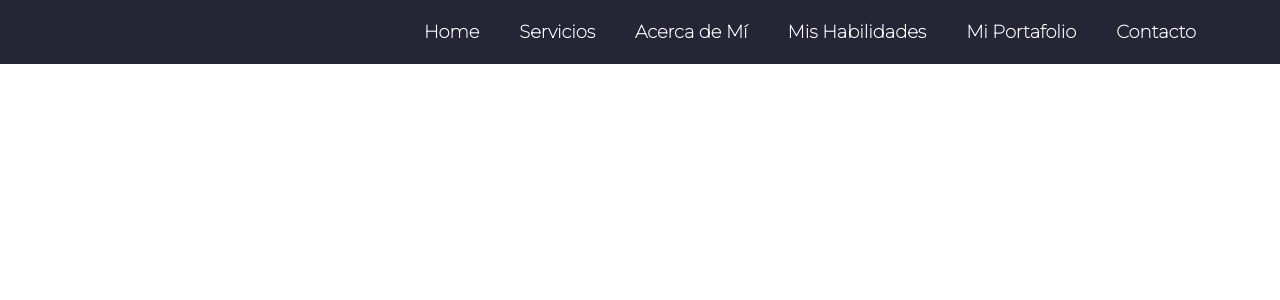
Repository: RobertAries28/PortafolioRobertEscalanteGomez2022
Page: index.html
The author's editor kept a copy of each file at every save. The page is drawn from the files as they stood at one save, then again after the next save.
The browser window is 1280 px wide. The pictures show the whole page.

Above is the page before, as saved 2022-02-12 01:01:38.

### index.html
<!DOCTYPE html>
<html lang="en">
<head>
    <meta charset="UTF-8">
    <meta http-equiv="X-UA-Compatible" content="IE=edge">
    <meta name="viewport" content="width=device-width, initial-scale=1.0">
    <link rel="preconnect" href="https://fonts.googleapis.com">
<link rel="preconnect" href="https://fonts.gstatic.com" crossorigin>
<link href="https://fonts.googleapis.com/css2?family=Montserrat:wght@100&display=swap" rel="stylesheet">
    <link rel="stylesheet" href="estilos.css">
    <title>Document</title>
</head>
<body>
    <header class="main-header">
        <div class="l-container">

        <div class="main-menu-toggle" id="main-menu-toggle"></div>
             <nav class="main-nav" id="main-nav">
                 <ul class="main-menu">
                       <li class="main-menu__item">
                           <a class="main-menu__link" href="#">
                              Home
                           </a>
                       </li>

                       <li class="main-menu__item">
                         <a class="main-menu__link" href="#">
                           Servicios
                         </a>
                       </li>

                       <li class="main-menu__item">
                        <a class="main-menu__link" href="#">
                          Acerca de Mí
                        </a>
                       </li>


                     <li class="main-menu__item">
                         <a class="main-menu__link" href="#">
                           Mis Habilidades
                         </a>
                     </li>

                     <li class="main-menu__item">
                        <a class="main-menu__link" href="#">
                         Mi Portafolio
                        </a>
                    </li>

                    <li class="main-menu__item">
                        <a class="main-menu__link" href="#">
                         Contacto
                        </a>
                    </li>


                 </ul>
             </nav>
        </div>
     </header>
    <script src="javascript.js"></script>
</body>
</html>

### estilos.css
body{
    margin: 0;
}

.main-header{
    height: 4rem;
    background: #242635;


}
.l-container{
    max-width: 1200px;
    padding-left: 1rem;
    padding-right: 1rem;
    display: flex;
    justify-content: space-between;
    align-items: center;

    height: 100%;
    color: white;

}
.main-menu{
    margin-top: 0;
    margin-bottom: 0;
    padding-left: 0;
    list-style: none;
    display: flex;
}

.main-menu li{
    padding: 0 20px;
}

a{
  text-decoration: none;
  color: white;
  font-family: 'Montserrat', sans-serif;
  font-size: 18px;
  font-weight: bold;
}



@media screen and ( max-width: 768px){



.main-menu__item{
    padding: .5rem 0 .5rem 1rem
}

.main-menu__link{
    color: white;
    margin-left: 1rem;
}



.main-nav{
    position: fixed;
    height: calc(100vh - 4rem);
    width: 80wh;
    background: black;
    top: 4rem;
    left: -80vw;




}

.main-menu{
    flex-direction: column;
}

.main-menu li{
    padding: 10px 0;
}



.show{
left: 0px;
transition-duration: 1s;
transition-timing-function:ease-in-out

}

 :not(.show){
     transition-duration: 1s;
  transition-timing-function: ease-in
 }


.main-menu-toggle{
    width: 2.4rem;
    margin-left: calc(1200px - 38.4px);
    height: 1.6rem;
    background: linear-gradient(black 20%, transparent 20%, transparent 40%, black 40%, black 60%, transparent 60%, transparent 80%, black 80%);
    cursor: pointer;

}
}

### javascript.js
 const showMenu = (toggleId, navId) =>{
               const toggle = document.getElementById(toggleId),
               nav = document.getElementById(navId)

               if(toggle && nav){
                   toggle.addEventListener('mouseover' , ()=>{
                       nav.classList.toggle('show')
                   })



               }

               if(toggle && nav){
                   toggle.addEventListener('mouseout' , ()=>{
                       nav.classList.toggle('show')
                   })



               }



           }
           showMenu('main-menu-toggle','main-nav')

After the next save:
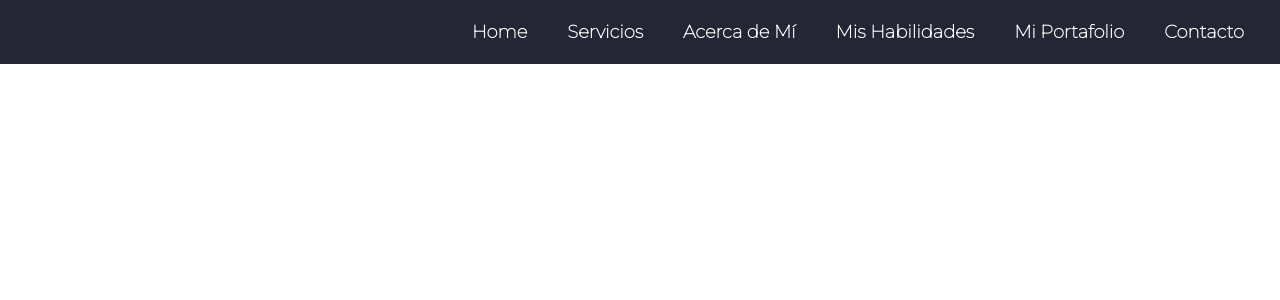
Saved 34 s later.
--- a/estilos.css
+++ b/estilos.css
@@ -9,7 +9,7 @@
 
 }
 .l-container{
-    max-width: 1200px;
+    max-width: 100%;
     padding-left: 1rem;
     padding-right: 1rem;
     display: flex;
